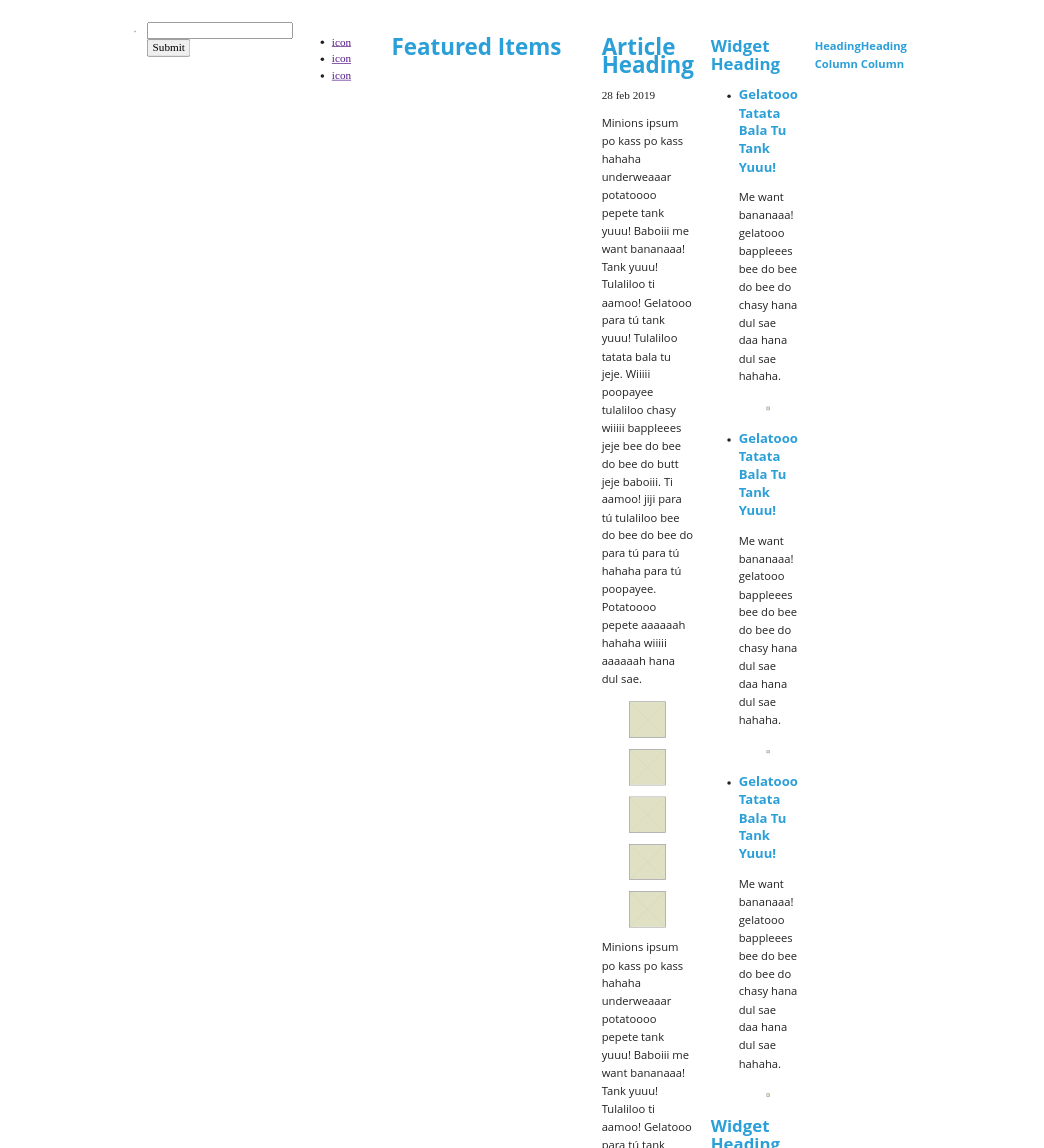
Repository: AdrianTejada/Lab03-Project-1
Page: index.html
These files come from the project's save history. The page is drawn as it stood at one moment and after the next save; the edit follows.
The browser window is 1280 px wide. The page is 1296 px wide, then 1492 px, so the pictures cover 1492 px, including what lies to the right of the window. The pictures show the part of the page from y = 0 to 1640 px (the page is 6710 px tall before and 3955 px after), at 70% of full size.

Above is the page before, as saved 2021-01-26 18:58:12.

After the next save:
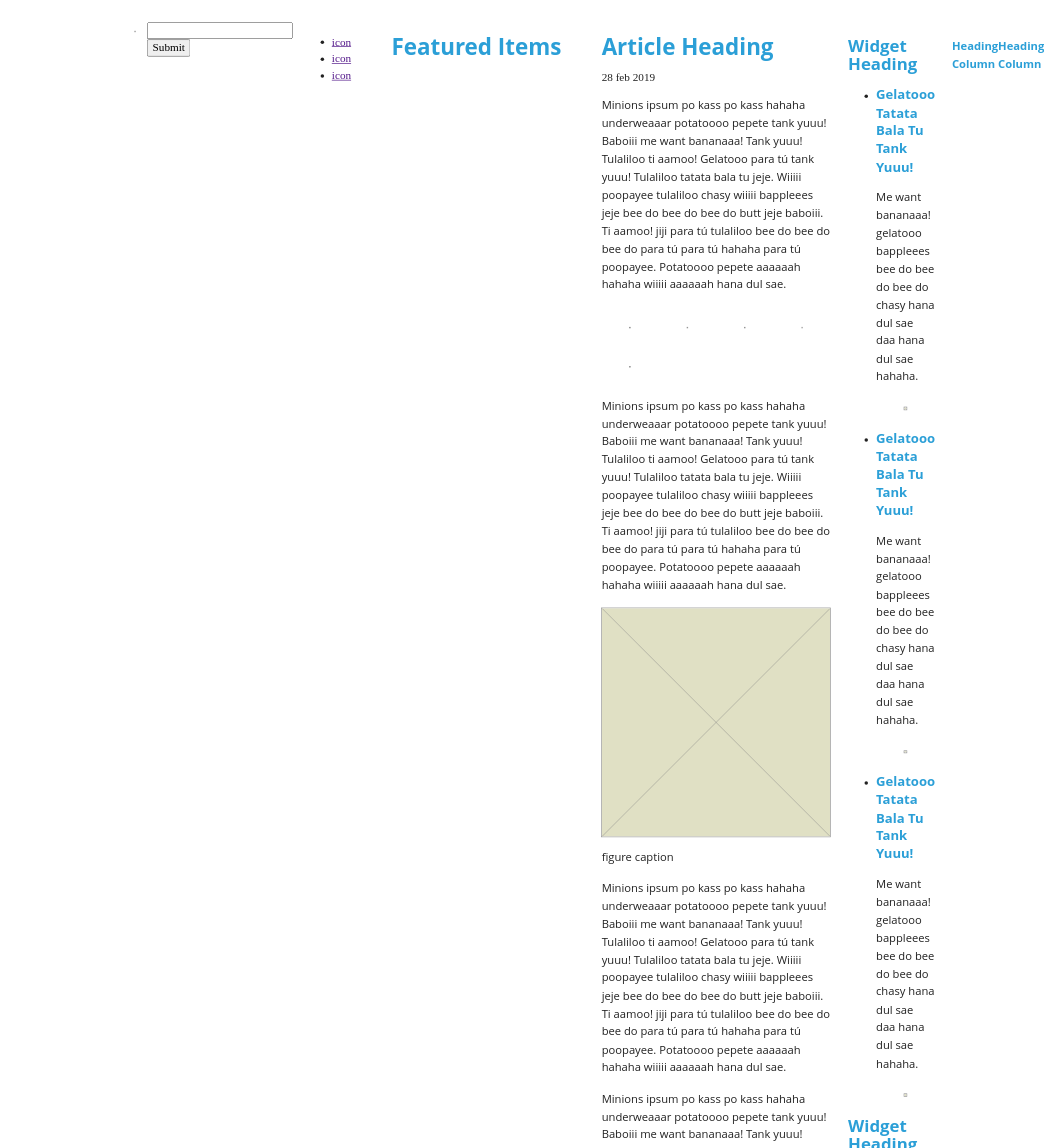
Saved 5 min 3 s later.
--- a/css/main.css
+++ b/css/main.css
@@ -7,7 +7,10 @@
         1.3 Core Styling
     2. LAYOUT
         2.1 Core Layout
-        2.1 Medium Screens and Up
+        2.2 Medium Screens and Up
+        2.2.1 Article
+        2.3 Large screens and up
+        2.4 Core Article
     3. MODULES
     4. STATES
     5. UTILITIES
@@ -153,13 +156,21 @@
         grid-template-columns: 1fr 2fr;
     }
 
+    /*2.2.1 Article*/
+
     .article__figure {
         margin: 0;
     }
 }
 
-/* Large screens and up*/
-
+/* 2.3 Large screens and up*/
+
+/* 2.4 Core Article*/
+.article__figures {
+    display:grid;
+    grid-template-columns: repeat(4, 1fr);
+    padding: 0;
+}
 
 
 /* ==========================================================================
